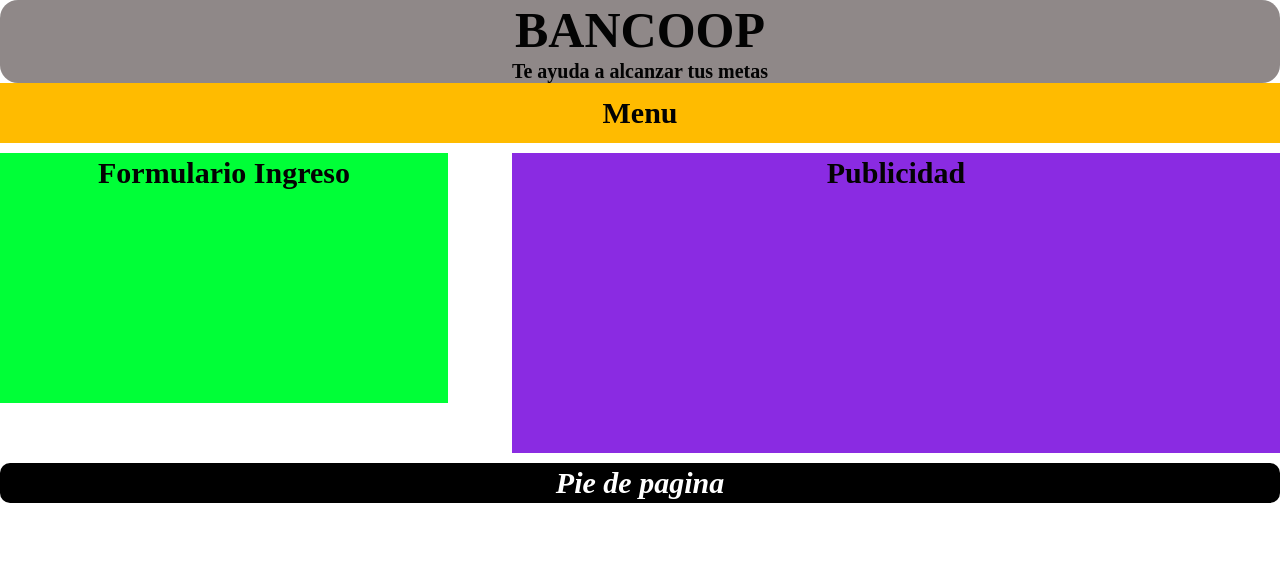
Repository: NickArregoces/BANCOOP
Page: Index.html
The author's editor kept a copy of each file at every save. The page is drawn from the files as they stood at one save, then again after the next save.
The browser window is 1280 px wide. The pictures show the whole page.

Above is the page before, as saved 2021-09-29 15:33:45.

After the next save:
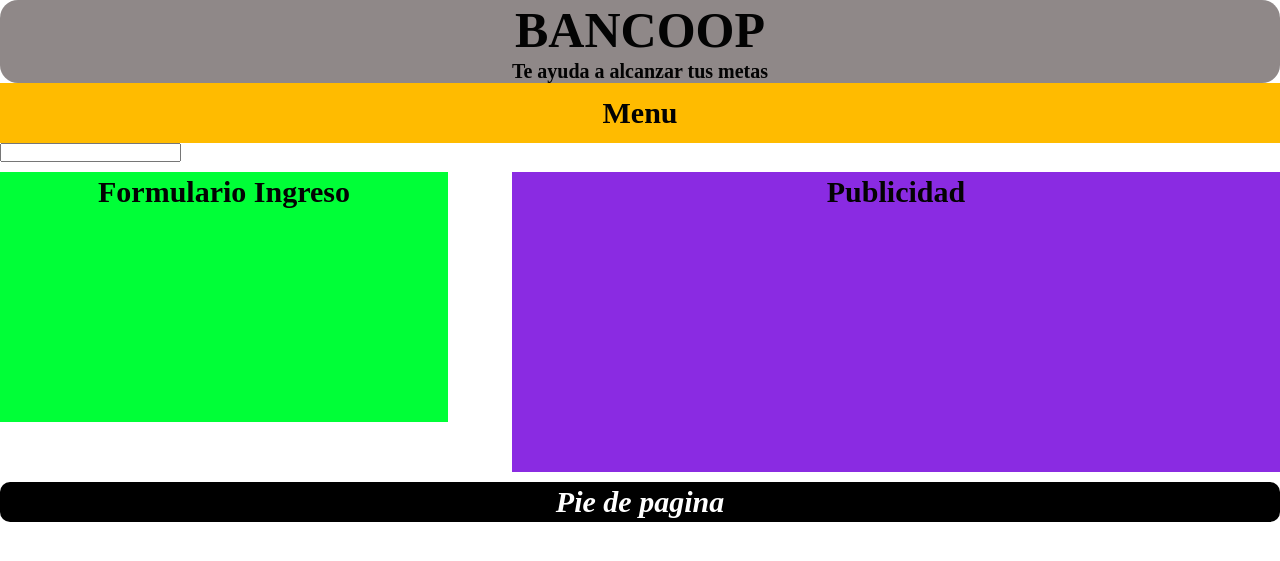
Saved 2 min 33 s later.
--- a/Index.html
+++ b/Index.html
@@ -16,11 +16,15 @@
         <nav>
             <h2>Menu</h2>
         </nav>
-        <form id="Contenido">
+        <form class="Formulario">
+            <input type="text" name="Correo Electornico">
+
+        </form>
+        <section  id="Contenido">
             <article>
                 <h2>Formulario Ingreso</h2>
             </article>
-        </form>
+        </section>
         <aside>
             <h2>Publicidad</h2>
         </aside>
